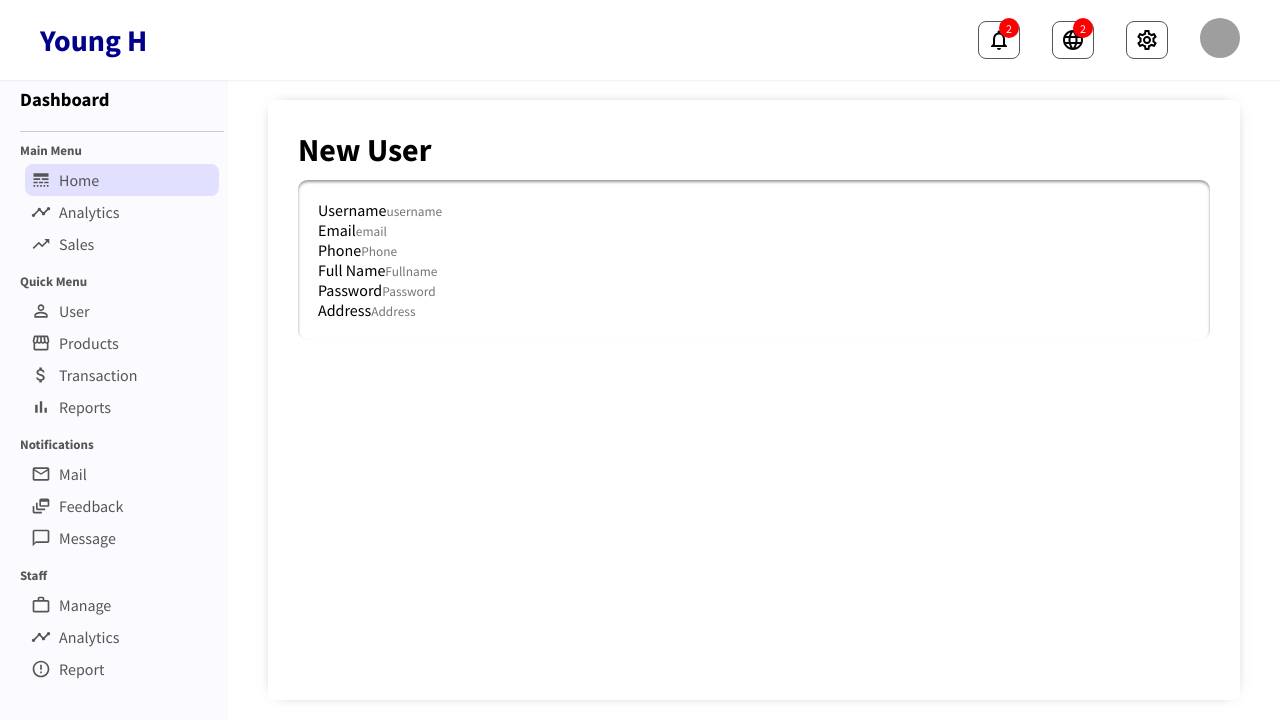
Repository: noname20011/admin
Page: /register
The author's editor kept a copy of each file at every save. The page is drawn from the files as they stood at one save, then again after the next save.
The browser window is 1280 px wide. The pictures show the whole page.
Pictures or frames that could not be fetched are drawn as grey boxes. The project was rebuilt for these pictures with package versions that can differ from the ones it lists, and the page was loaded fresh each time. Also part of the build but not shown: src/pages/home/home.css, src/comopnents/featureInfo/feature.css, src/comopnents/featureInfo/Feature.jsx, src/comopnents/chart/chart.css, src/comopnents/chart/Chart.jsx, src/comopnents/widgetSm/widgetSm.css, src/comopnents/widgetSm/WidgetSm.jsx, src/comopnents/widgetLg/widgetLg.css and 7 more.

Above is the page before, as saved 2021-11-14 15:16:43.

After the next save:
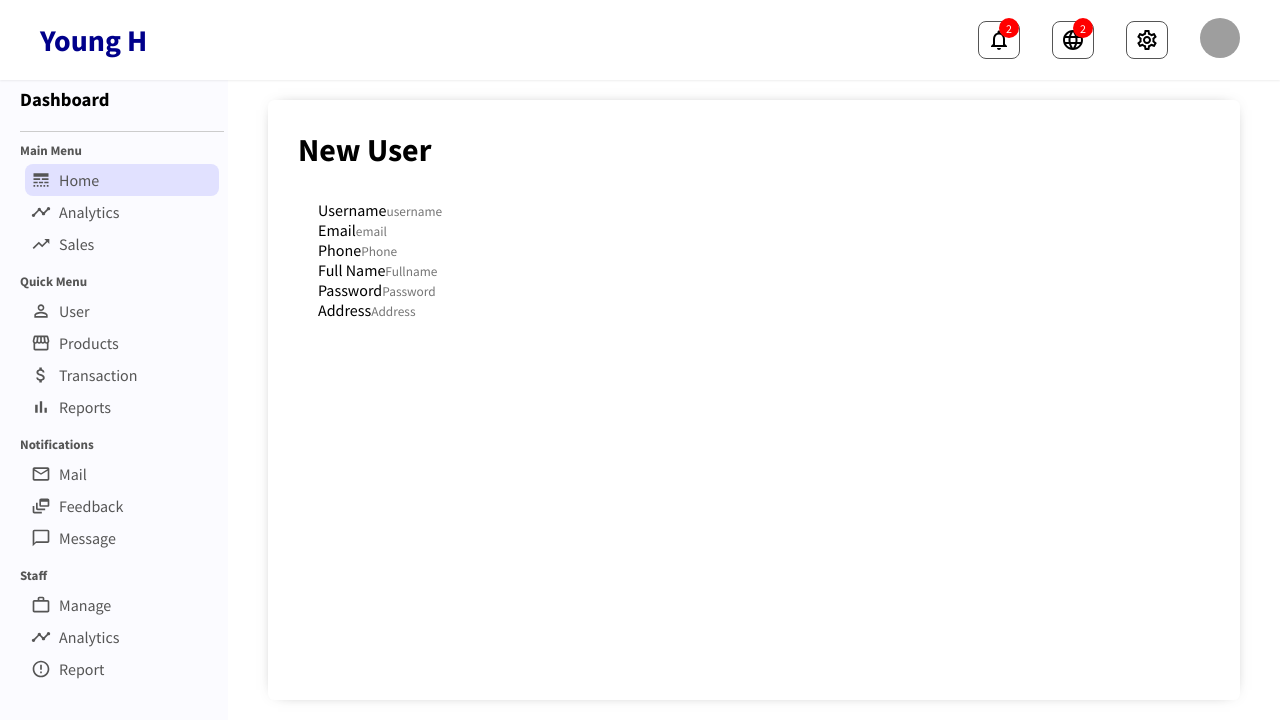
Saved 22 s later.
--- a/src/pages/newUser/newUser.css
+++ b/src/pages/newUser/newUser.css
@@ -11,5 +11,5 @@
     padding: 20px;
     margin-top: 10px;
     border-radius: .6rem;
-    box-shadow:inset 0px 2px 3px rgba(0, 0, 0, 0.4);
+    box-shadow: inset 0px 2px 3px rgba(255, 255, 255, 0.8);
 }
